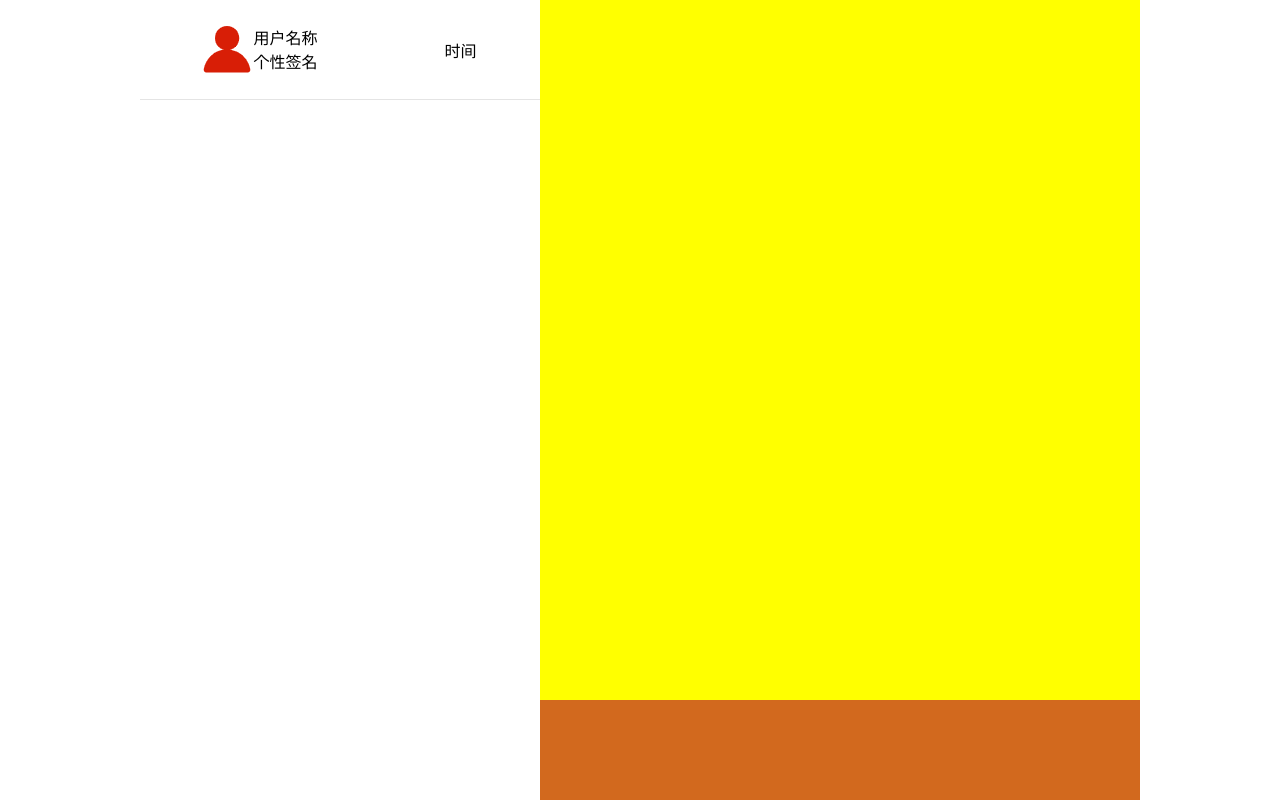
Repository: jinggegeZ/livechat
Page: /
These files come from the project's save history. The page is drawn as it stood at one moment and after the next save; the edit follows.
The browser window is 1280 px wide. The pictures show the whole page.
The project was rebuilt for these pictures with package versions that can differ from the ones it lists, and the page was loaded fresh each time.

Above is the page before, as saved 2020-08-17 11:08:01.

### src/App.vue
<template>
  <div id="app">

    <router-view/>
  </div>
</template>

<style lang="scss">
*{
  margin: 0;
  padding: 0;
}
</style>

### src/views/Home.vue
<template>
 <div class="content">
    <div class="content-c">
      <div class="box">
        <!-- 用户信息 -->
        <div class="box1">
          <div class="box1-1">
            <div class="box1-1-1">
              <!-- 头像 -->
            <div class="img">
              <img  src="../../public/image/active-my.png" alt="">
            </div>
            <!-- 用户信息 -->
            <div>
              <div>用户名称</div>
              <div>个性签名</div>
            </div>
            </div>
            <!-- 时间 -->
            <div>
              时间
            </div>
            </div>
        </div>
         <!-- 聊天信息 -->
        <div class="box2">
          <div class="box2-1"></div>
          <div class="box2-2"></div>
        </div>
      </div>
    </div>
 </div>
</template>

<script>
 export default {
   name: '',
   props: {
   },
   components: {

   },
   data () {
     return {

     }
   },
   methods: {

   },
   mounted() {

   },
   watch: {

   },
   computed: {

   }
 }
</script>

<style scoped lang='scss'>
.content {
  width: 100%;
  display: flex;
  justify-content: center;
}
.content-c {
  width: 95%;
  display: flex;
  justify-content: center;
  align-items: center;
}
.box {
  width: 1000px;
  height: 800px;
  background: white;
  display: flex;

}
.box1 {
  flex: 4;
  height: 100%;
}
.box1-1 {
  width: 100%;
  height: 99px;
  border-bottom: 1px solid rgb(228,228,228);
  display: flex;
  align-items: center;
  justify-content: space-around;
}
.box1-1-1 {
  display: flex;
}
.img {
  width: 50px;
  height: 50px;
  border-radius: 50%;
}
.box2 {
  flex: 6;
  height: 100%;
  background: yellow;
  position: relative;
}
.box2-2 {
  position: absolute;
  bottom: 0;
  width: 100%;
  height: 100px;
  background: chocolate;
  z-index: 1;
}
</style>

Loaded but not shown: public/index.html (common file); src/main.js (common file); src/router/index.js (common file); src/store/index.js (common file)

After the next save:
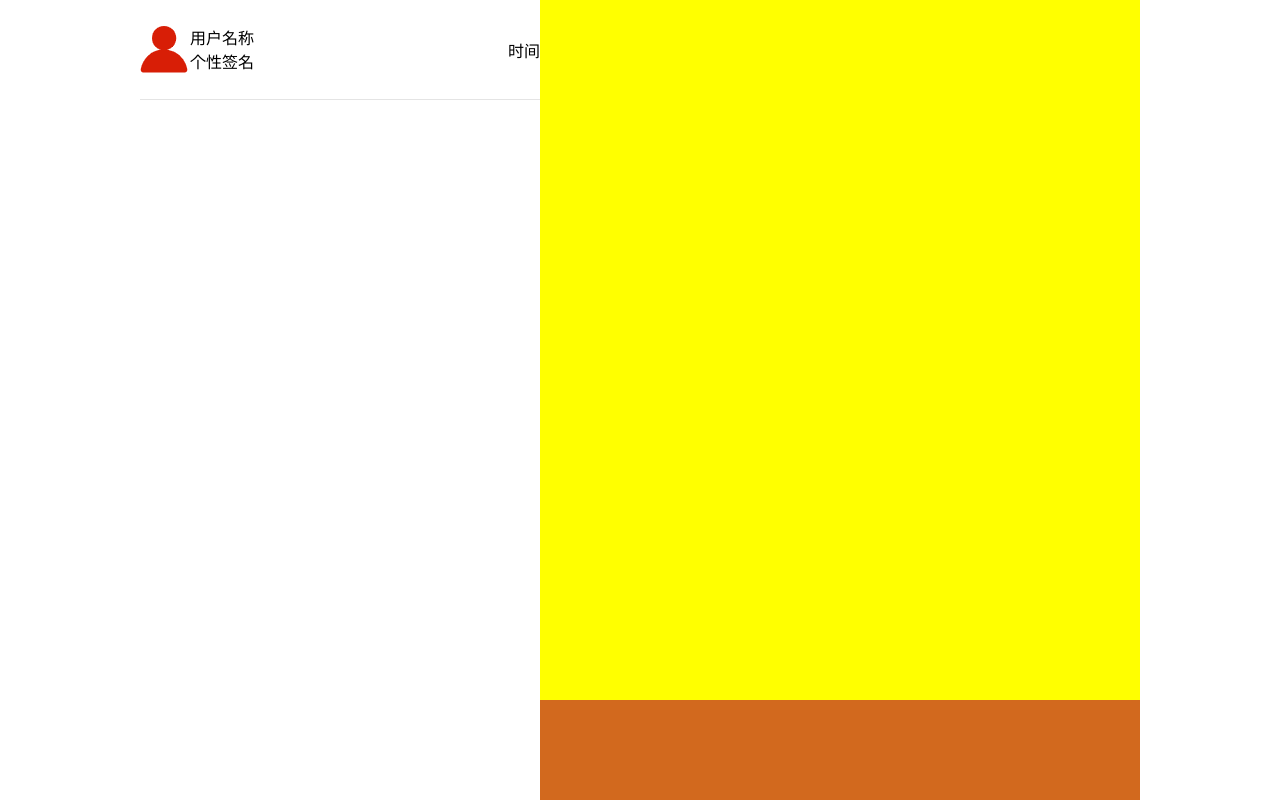
Saved 17 s later.
--- a/src/views/Home.vue
+++ b/src/views/Home.vue
@@ -89,7 +89,7 @@
   border-bottom: 1px solid rgb(228,228,228);
   display: flex;
   align-items: center;
-  justify-content: space-around;
+  justify-content: space-between;
 }
 .box1-1-1 {
   display: flex;
